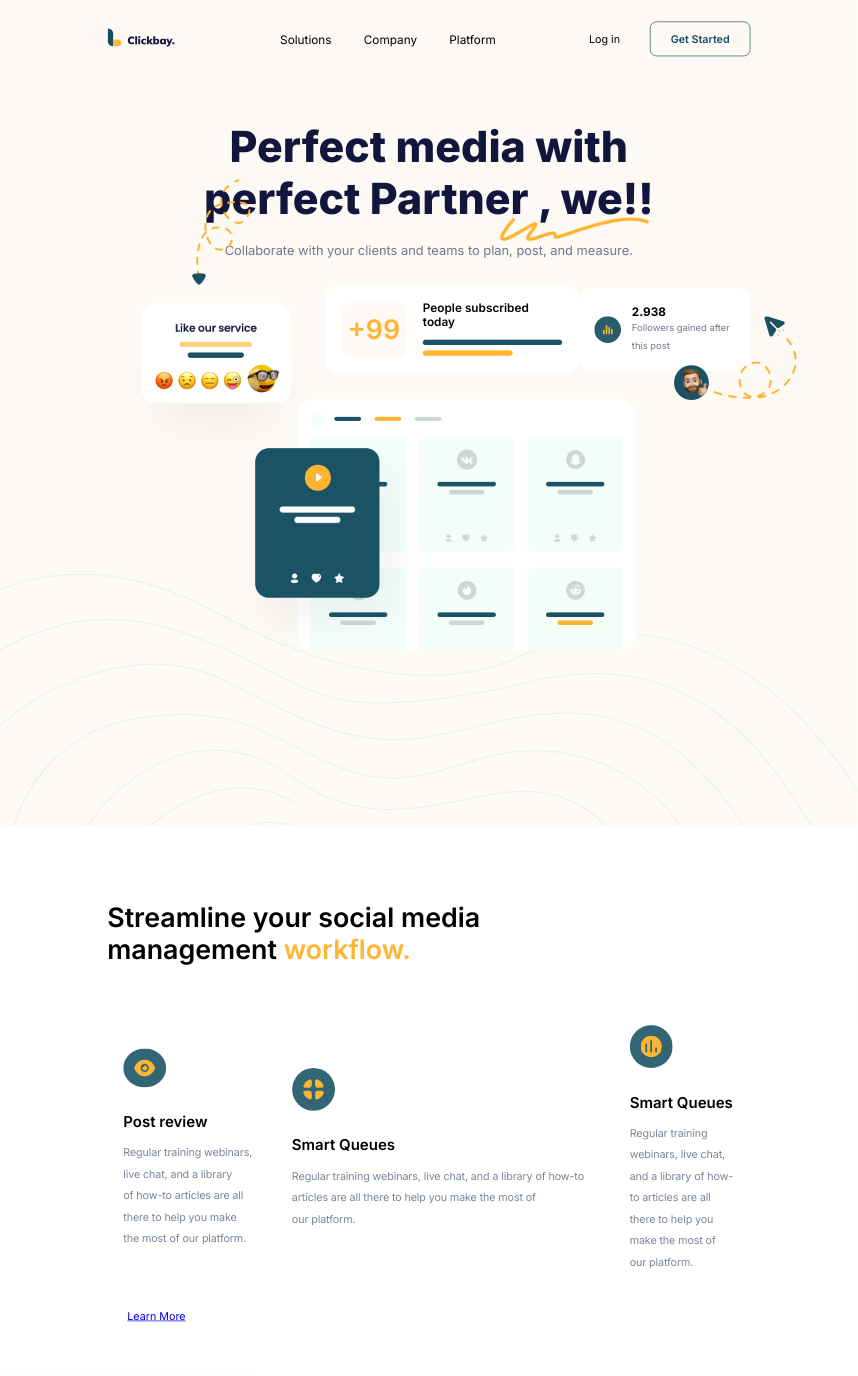
Repository: badhon252/Clickbay
Page: index.html
The author's editor kept a copy of each file at every save. The page is drawn from the files as they stood at one save, then again after the next save.
The browser window is 1280 px wide. The pictures show the whole page, at 67% of full size.
The style sheet was rebuilt from its Sass, Less or Tailwind sources for each picture, by a compiler version that may differ from the author's.

Above is the page before, as saved 2022-09-05 02:07:29.

After the next save:
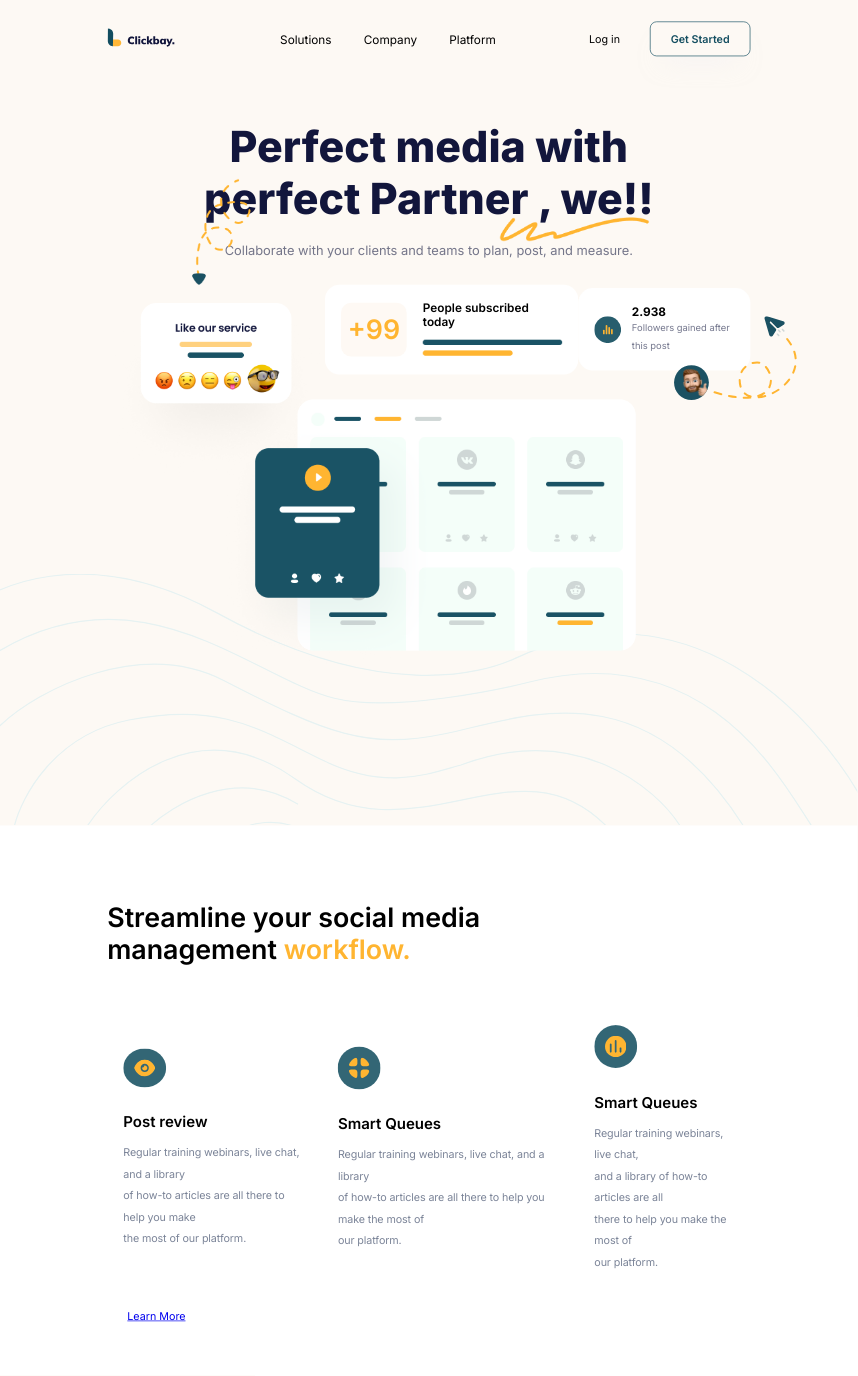
Saved 5 s later.
--- a/index.html
+++ b/index.html
@@ -91,7 +91,7 @@
             <div class="card">
                 <img src="./images/Category.svg" class="my-1" alt="">
                 <h3 class="my-1">Smart Queues</h3>
-                <p class="my-1">Regular training webinars, live chat, and a library of how-to articles are all
+                <p class="my-1">Regular training webinars, live chat, and a library<br> of how-to articles are all
                     there to help
                     you make
                     the most of<br> our platform.</p>
